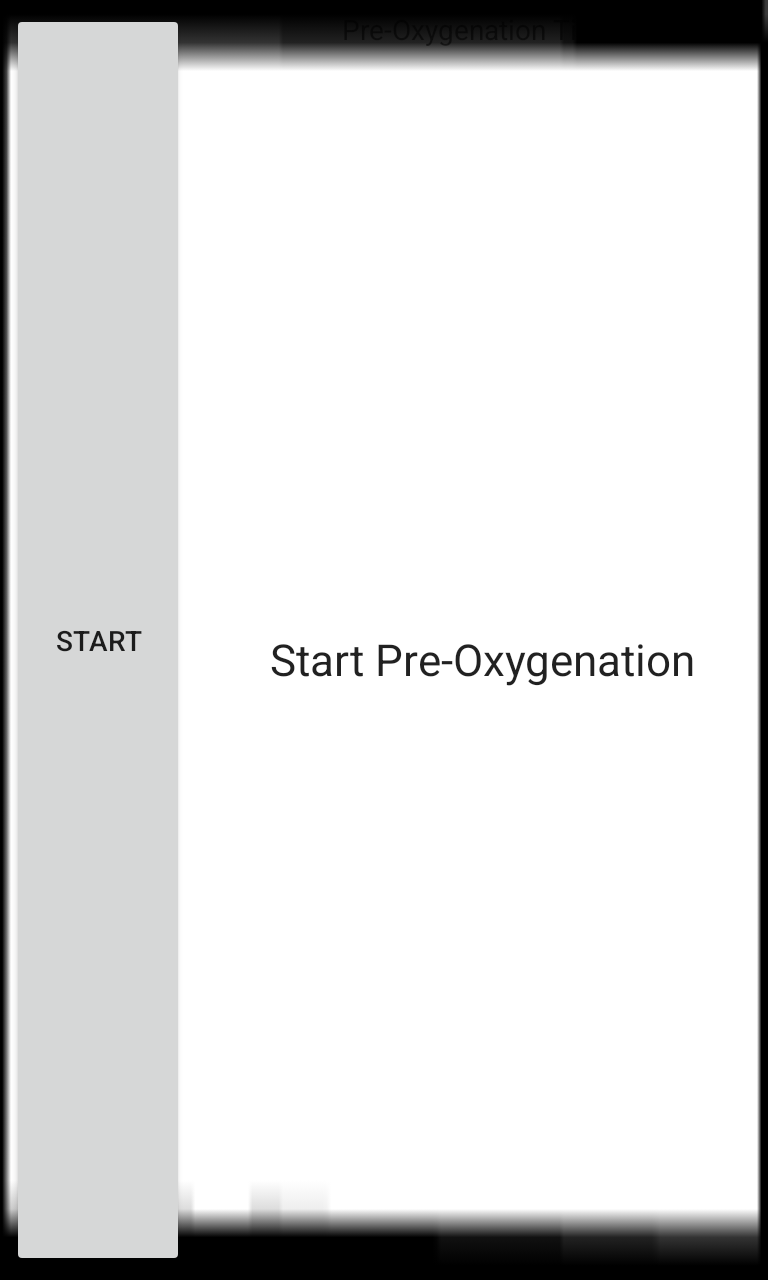
Repository: bentaylor42/RSIReady
Layout: RSIReady/res/layout/fragment_preo2_clock.xml
The author's editor kept a copy of each file at every save. The layout is drawn from the files as they stood at one save, then again after the next save.
It is drawn on a 768 x 1280 px phone screen (xhdpi) without system bars, with theme AppTheme; the app's code is not run.

Above is the layout before, as saved 2014-08-10 14:46:03.

After the next save:
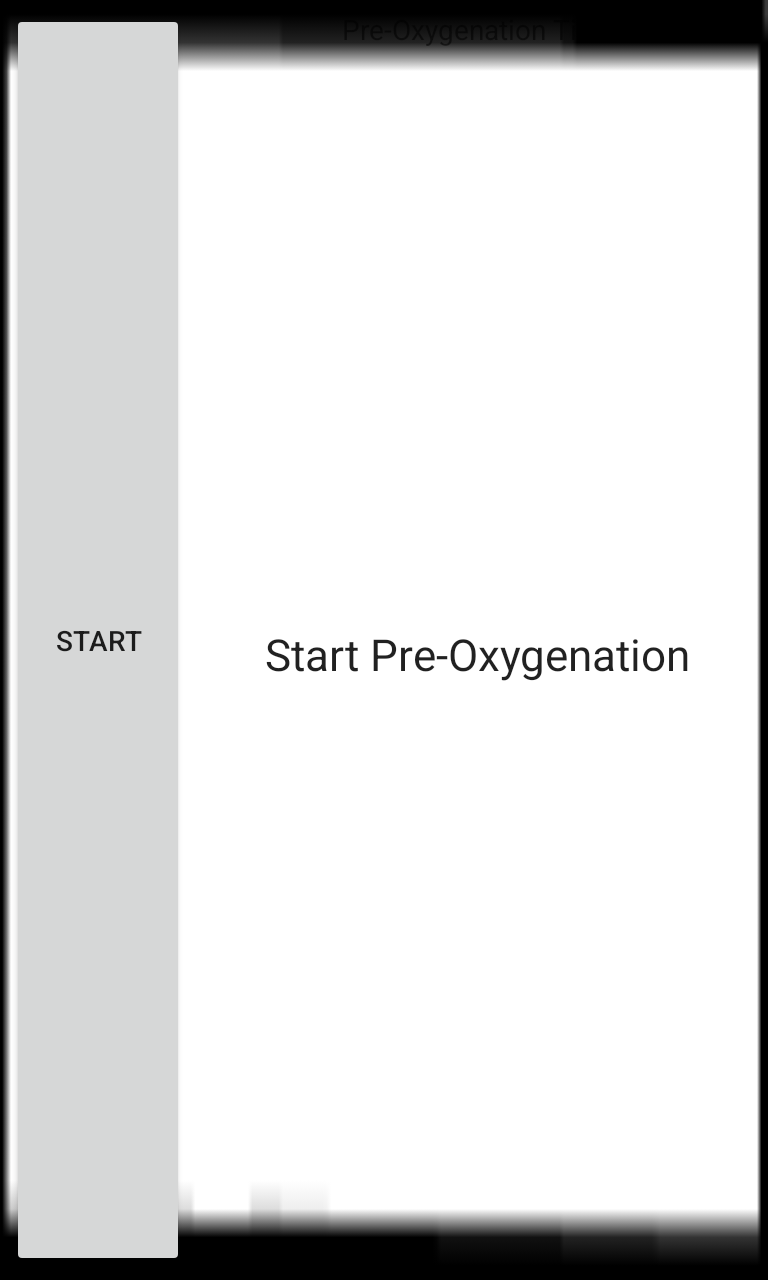
Saved 109 s later.
--- a/RSIReady/res/layout/fragment_preo2_clock.xml
+++ b/RSIReady/res/layout/fragment_preo2_clock.xml
@@ -36,6 +36,8 @@
         android:layout_alignLeft="@+id/textViewPreO2Title"
         android:layout_alignParentRight="true"
         android:layout_below="@+id/textViewPreO2Title"
+        android:layout_marginBottom="5dp"
+        android:layout_marginRight="5dp"
         android:gravity="center"
         android:text="@string/click_start_preo2"
         android:textAppearance="?android:attr/textAppearanceLarge" />
